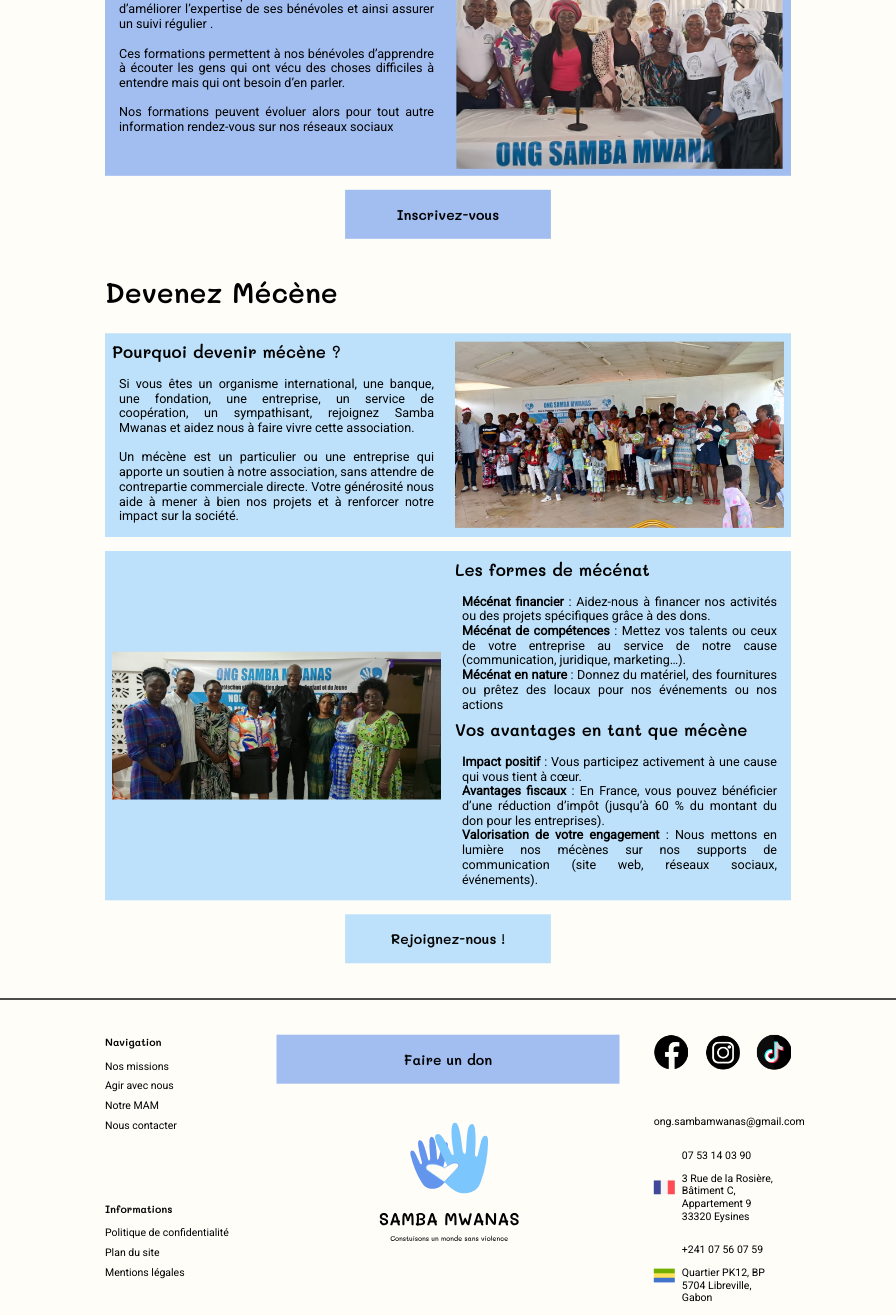
Repository: Danie-lDasilva/Samba-Mwanas
Page: Agir avec nous.html
An editor plug-in stored every save of this project. The page is shown before and after the next save, followed by the edit.
The browser window is 1280 px wide. The pictures show the part of the page from y = 1893 to 3813 px (the page is 3771 px tall before and 3813 px after), at 70% of full size.

Above is the page before, as saved 2025-03-07 10:25:47.

### Agir avec nous.html
<!DOCTYPE html>
<html lang="fr">
<head>
    <meta charset="UTF-8">
    <meta name="viewport" content="width=device-width, initial-scale=1.0">
    <title>Agir avec nous</title>
    <link rel="preconnect" href="https://fonts.googleapis.com">
    <link rel="preconnect" href="https://fonts.gstatic.com" crossorigin>
    <link href="https://fonts.googleapis.com/css2?family=Mali:wght@600&family=Roboto:ital,wdth@0,75;1,75&display=swap" rel="stylesheet">

    <link rel="stylesheet" href="assets/css/Agir avec nous.css">
    <link rel="stylesheet" href="assets/css/style.css">
</head>
<body>
    <header>
        <nav>
            <ul>
                <li>
                    <a href="Nos missions.html">Nos missions</a>
                </li>
                <li>
                    <a href="Agir avec nous.html">Agir avec nous</a>
                </li>
                <li class="Logo">
                    <a href="index.html">
                        <img src="assets/img/Fichier 2.png" alt="Logo Samba Mwanas, retour à l'accueil">
                    </a>
                </li>
                <li>
                    <a href="Notre MAM.html">Notre MAM</a>
                </li>
                <li>
                    <a href="Nous contacter.html">Nous contacter</a>
                </li>
            </ul>
        </nav>
    </header>

    <main>
        <h1>
            Agir avec nous
        </h1>

        <section class="BoutonsForm">
            <div>
                <a href="#Benevole" class="Color1">Devenez bénévole</a>
            </div>

            <div>
                <a href="#Formation" class="Color2">Suivez notre formation</a>
            </div>

            <div>
                <a href="#Mécène" class="Color1">Devenez mécène</a>
            </div>
        </section>

        <div class="Bannière">
            <img src="assets/img/Mix photos.jpg" alt="">
        </div>

        <section>
            <h2 id="Benevole">
                Devenez bénévole
            </h2>

            <div class="Bloc">
                <div>
                    <h3>
                        Pourquoi devenir bénévole à Samba Mwanas?
                    </h3>
                    <p>
                        Avez-vous envie d’ aider les victimes de violences ? Vous vous sentez prêt à défendre une cause noble ? En tant qu’ancienne victime, vous ne voulez pas que d’autres enfants subissent des violences? Vous aimez les enfants et vous souhaitez les protéger ? <br>
                        Vous avez plusieurs raisons de rejoindre les bénévoles de Samba Mwanas. Vous êtes utiles et nous avons besoin de vous.
                    </p>
                </div>
                <div class="End">
                    <img src="assets/img/Equipe.jpg" alt="Photo de l'équipe de Samba Mwanas">
                </div>
            </div>

            <div class="Bloc">
                <div>
                    <img src="assets/img/Leçon Enfantss.jpg" alt="Photo d'enfants">
                </div>
                <div>
                    <h3>
                        Les missions bénévoles
                    </h3>
                    <p>
                        Selon vos disponibilités, devenez l’un des nôtres. Nous agissons dans la sensibilisation afin de prévenir sur les différentes formes de violences. Nous formons afin d’apporter des outils de lutte contre les violences. Nous organisons des séances d’écoute afin de libérer la parole et de déclencher un processus de guérison. <br>
                        <br>
                        Parmi toutes ces missions, il y en a forcément une qui vous correspond. À distance ou en local, vous êtes utile. <br>
                        Rejoignez notre communauté de bénévoles !!!!
                    </p>
                </div>
            </div>

            <div class="Rejoindre">
                <a href="">Rejoignez-nous !</a>
            </div>
        </section>

        <section>
            <h2 id="Formation">
                Suivez notre formation
            </h2>

            <div class="Bloc2">
                <div>
                    <h3>
                        Pourquoi suivre notre formation ?
                    </h3>
                    <p>
                        Samba Mwanas propose différentes formations afin d’améliorer l’expertise de ses bénévoles et ainsi assurer un suivi régulier . <br>
                        <br>
                        Ces formations permettent à nos bénévoles d’apprendre à écouter les gens qui ont vécu des choses difficiles à entendre mais qui ont besoin d’en parler. <br>
                        <br>
                        Nos formations peuvent évoluer alors pour tout autre information rendez-vous sur nos réseaux sociaux
                    </p>
                </div>
                <div class="End">
                    <img src="assets/img/Eglise.jpg" alt="Photo de l'équipe de Samba Mwanas à une formation à l'église">
                </div>
            </div>

            <div class="Inscrire">
                <a href="">Inscrivez-vous</a>
            </div>
        </section>

        <section>
            <h2 id="Mécène">
                Devenez Mécène
            </h2>

            <div class="Bloc3">
                <div>
                    <h3>
                        Pourquoi devenir mécène ?
                    </h3>
                    <p>
                        Si vous êtes un organisme international, une banque, une fondation, une entreprise, un service de coopération, un sympathisant, rejoignez Samba Mwanas et aidez nous à faire vivre cette association. <br>
                        <br>
                        Un mécène est un particulier ou une entreprise qui apporte un soutien à notre association, sans attendre de contrepartie commerciale directe. Votre générosité nous aide à mener à bien nos projets et à renforcer notre impact sur la société.

                    </p>
                </div>
                <div>
                    <img src="assets/img/IMG-20241223-WA0017.jpg" alt="Photo de l'équipe de Samba Mwanas avec des cadeaux">
                </div>
            </div>

            <div class="Bloc3">
                <div>
                    <img src="assets/img/IMG-20241113-WA0009.jpg" alt="Photo de l'équipe de Samba Mwanas">
                </div>
                <div>
                    <h3>
                        Les formes de mécénat
                    </h3>
                    <p>
                        <strong>Mécénat financier </strong>: Aidez-nous à financer nos activités ou des projets spécifiques grâce à des dons. <br>
                        <strong>Mécénat de compétences </strong>: Mettez vos talents ou ceux de votre entreprise au service de notre cause (communication, juridique, marketing…). <br>
                        <strong>Mécénat en nature </strong>: Donnez du matériel, des fournitures ou prêtez des locaux pour nos événements ou nos actions
                    </p>
                    <h3>
                        Vos avantages en tant que mécène
                    </h3>

                    <p>
                        <strong>Impact positif</strong> : Vous participez activement à une cause qui vous tient à cœur. <br>
                        <strong>Avantages fiscaux</strong> : En France, vous pouvez bénéficier d’une réduction d’impôt (jusqu’à 60 % du montant du don pour les entreprises). <br>
                        <strong>Valorisation de votre engagement</strong> : Nous mettons en lumière nos mécènes sur nos supports de communication (site web, réseaux sociaux, événements).
                    </p>
                </div>
            </div>

            <div class="Rejoindre">
                <a href="">Rejoignez-nous !</a>
            </div>
        </section>

        <div id="Don" class="Don">
            <a href="https://www.helloasso.com/associations/association-samba-mwanas/formulaires/1">FAIRE UN DON</a>
        </div>
    </main>

    <footer>
        <div class="Footer">

        <div class="FooterInfos">
            <div class="Lien">
                <p class="titre">
                    Navigation
                </p>

                <nav class="InfoMarge">
                    <ul>
                        <li>
                            <a href="Nos missions.html">Nos missions</a>
                        </li>

                        <li>
                            <a href="Agir avec nous.html">Agir avec nous</a>
                        </li>

                        <li>
                            <a href="Notre MAM.html">Notre MAM</a>
                        </li>

                        <li>
                            <a href="Nous contacter.html">Nous contacter</a>
                        </li>
                    </ul>
                </nav>
            </div>

            <div class="Lien">
                <p class="titre">
                    Informations
                </p>

                <nav>
                    <ul>
                        <li>
                            <a href="Politique de confidentialité.html">Politique de confidentialité</a>
                        </li>

                        <li>
                            <a href="Plan du site.html">Plan du site</a>
                        </li>

                        <li>
                            <a href="Mentions légales.html">Mentions légales</a>
                        </li>
                    </ul>
                </nav>
            </div>
        </div>

        <div class="FooterCentre">
            <div class="FooterDon">
                <a href="https://www.helloasso.com/associations/association-samba-mwanas/formulaires/1" target="_blank">Faire un don</a>
            </div>

            <a href="index.html" class="FooterLogo" target="_blank">
                <img src="assets/img/LOGO_Logo principal.svg" alt="Logo Samba Mwanas, Retour à l'acceuil">
            </a>
        </div>

        <div class="FooterInfos">
            <nav class="FooterRéseaux">
                <ul>
                    <li>
                        <a href="https://www.facebook.com/Sambamwanas?locale=fr_FR" target="_blank">
                            <img src="assets/img/facebook.png" alt="Logo facebook, Lien vers le facebook de Samba Mwanas">
                        </a>
                    </li>

                    <li>
                        <a href="https://www.instagram.com/ongsambamwanas/" target="_blank">
                            <img src="assets/img/instagram.png" alt="Logo instagram, Lien vers la page instagram de Samba Mwanas">
                        </a>
                    </li>

                    <li>
                        <a href="https://www.tiktok.com/@ong.samba.mwanas" target="_blank">
                            <img src="assets/img/tik-tok.png" alt="Logo tiktok, Lien vers la page Tiktok de Samba Mwanas">
                        </a>
                    </li>
                </ul>
            </nav>

            <p>
                ong.sambamwanas@gmail.com
            </p>


            <div class="FooterContact">
                <div>
                    <img src="assets/img/france.png" alt="Drapeau de France" class="FooterDrapeau">
                </div>

                <div>
                    <p>
                        07 53 14 03 90
                    </p>

                    <p>
                        3 Rue de la Rosière, <br>
                        Bâtiment C, Appartement 9 <br>
                        33320 Eysines
                    </p>
                </div>
            </div>

            <div class="FooterContact">
                <div>
                    <img src="assets/img/gabon.png" alt="Drapeau du gabon" class="FooterDrapeau">
                </div>

                <div>
                    <p>
                        +241 07 56 07 59
                    </p>

                    <p>
                        Quartier PK12, BP 5704 Libreville, <br>
                        Gabon

                    </p>
                </div>
            </div>
        </div>

    </div>
    </footer>
</body>
</html>

### assets/css/Agir avec nous.css
h1 {
    font-family: "Mali", cursive;
    font-weight: 600;
    font-style: normal;
    font-size: 55px;
    text-align: center;
    margin-bottom: 50px;
    margin-top: 50px;
}

main {
    padding-left: 150px;
    padding-right: 150px;
}

main p {
    font-family: "Roboto", sans-serif;
    font-optical-sizing: auto;
    font-weight: 400;
    font-size: 20px;
    font-style: normal;
    font-variation-settings: "wdth" 75;
    text-align: justify;
}

.BoutonsForm {
    display: flex;
    justify-content: space-between;
    padding-left: 20px;
    padding-right: 20px;
}

.BoutonsForm div {
    width: 28%;
    height: 50px;
    margin-bottom: 40px;
}

.BoutonsForm a {
    width: 100%;
    height: 100%;
    display: flex;
    justify-content: center;
    align-items: center;
    font-family: "Mali", cursive;
    font-weight: 600;
    font-style: normal;
}

.BoutonsForm a:hover {
    background-color: #163d59;
    color: white;
    box-shadow: 0 5px 8px rgba(0, 0, 0, 0.4);
}

.Color1 {
    background-color: #BDE1FA;
}

.Color2 {
    background-color: #A2BEF0;
}

.Bannière img {
    width: 100%;
    height: auto;
    object-fit: cover;
}

.Bannière {
    margin-bottom: 100px;
}

h2 {
    font-family: "Mali", cursive;
    font-weight: 600;
    font-style: normal;
    font-size: 40px;
}

h3 {
    font-family: "Mali", cursive;
    font-weight: 600;
    font-style: normal;
    font-size: 22px;
}

.Bloc, .Bloc2, .Bloc3 {
    display: flex;
    justify-content: space-between;
    align-items: stretch;
    margin-bottom: 20px;
}

.Bloc div, .Bloc2 div, .Bloc3 div {
    flex: 0.8;
    margin: 10px;
    display: flex;
    flex-direction: column;
    justify-content: center;
}

.Bloc img, .Bloc2 img, .Bloc3 img {
    width: 100%;
    max-height: 350px;
    object-fit: contain;
}

.Bloc p, .Bloc2 p, .Bloc3 p {
    font-family: "Roboto", sans-serif;
    font-optical-sizing: auto;
    font-weight: 400;
    font-size: 18px;
    font-style: normal;
    font-variation-settings: "wdth" 75;
    text-align: justify;
    margin: 0;
    padding: 10px;
}

.Bloc h3, .Bloc2 h3, .Bloc3 h3 {
    font-family: "Mali", cursive;
    font-weight: 600;
    font-size: 24px;
    margin-bottom: 10px;
    margin-top: 0;
}

.Bloc, .Bloc3 {
    background-color: #BDE1FA;
}

.Bloc2 {
    background-color: #A2BEF0;
}

.End {
    display: flex;
    justify-content: flex-end;
    align-items: center;
}

.Rejoindre {
    display: flex;
    justify-content: center;
    align-items: center;
    height: 70px;
    width: 100%;
    margin-bottom: 50px;
}

.Rejoindre a {
    font-family: "Mali", cursive;
    font-weight: 600;
    font-style: normal;
    justify-content: center;
    display: flex;
    align-items: center;
    height: 100%;
    width: 30%;
    background-color: #BDE1FA;
}

.Rejoindre a:hover {
    background-color: #163d59;
    color: white;
    box-shadow: 0 5px 8px rgba(0, 0, 0, 0.4);
}

.Inscrire {
    display: flex;
    justify-content: center;
    align-items: center;
    height: 70px;
    width: 100%;
    margin-bottom: 50px;
}

.Inscrire a {
    font-family: "Mali", cursive;
    font-weight: 600;
    font-style: normal;
    justify-content: center;
    display: flex;
    align-items: center;
    height: 100%;
    width: 30%;
    background-color: #A2BEF0;
}

.Inscrire a:hover {
    background-color: #163d59;
    color: white;
    box-shadow: 0 5px 8px rgba(0, 0, 0, 0.4);
}

/* Responsive */
@media (max-width: 768px) {
    h1 {
        font-size: 40px;
        margin-bottom: 30px;
        margin-top: 30px;
    }

    main {
        padding-left: 20px;
        padding-right: 20px;
    }

    main p {
        font-size: 18px;
    }

    .BoutonsForm {
        flex-direction: column;
        align-items: center;
        padding-left: 0;
        padding-right: 0;
    }

    .BoutonsForm div {
        width: 100%;
        margin-bottom: 20px;
    }

    .BoutonsForm a {
        font-size: 16px;
    }

    .Bannière img {
        height: auto;
    }

    h2 {
        font-size: 30px;
    }

    h3 {
        font-size: 20px;
    }

    .Bloc, .Bloc2, .Bloc3 {
        flex-direction: column;
        align-items: center;
    }

    .Bloc div, .Bloc2 div, .Bloc3 div {
        width: 100%;
        margin: 10px 0;
    }

    .Bloc img, .Bloc2 img, .Bloc3 img {
        width: 100%;
        max-height: 400px;
        object-fit: cover;
    }

    .End {
        justify-content: center;
    }

    .Rejoindre a, .Inscrire a {
        width: 80%;
    }
}

Loaded but not shown: assets/css/style.css (782 lines, source omitted)

After the next save:
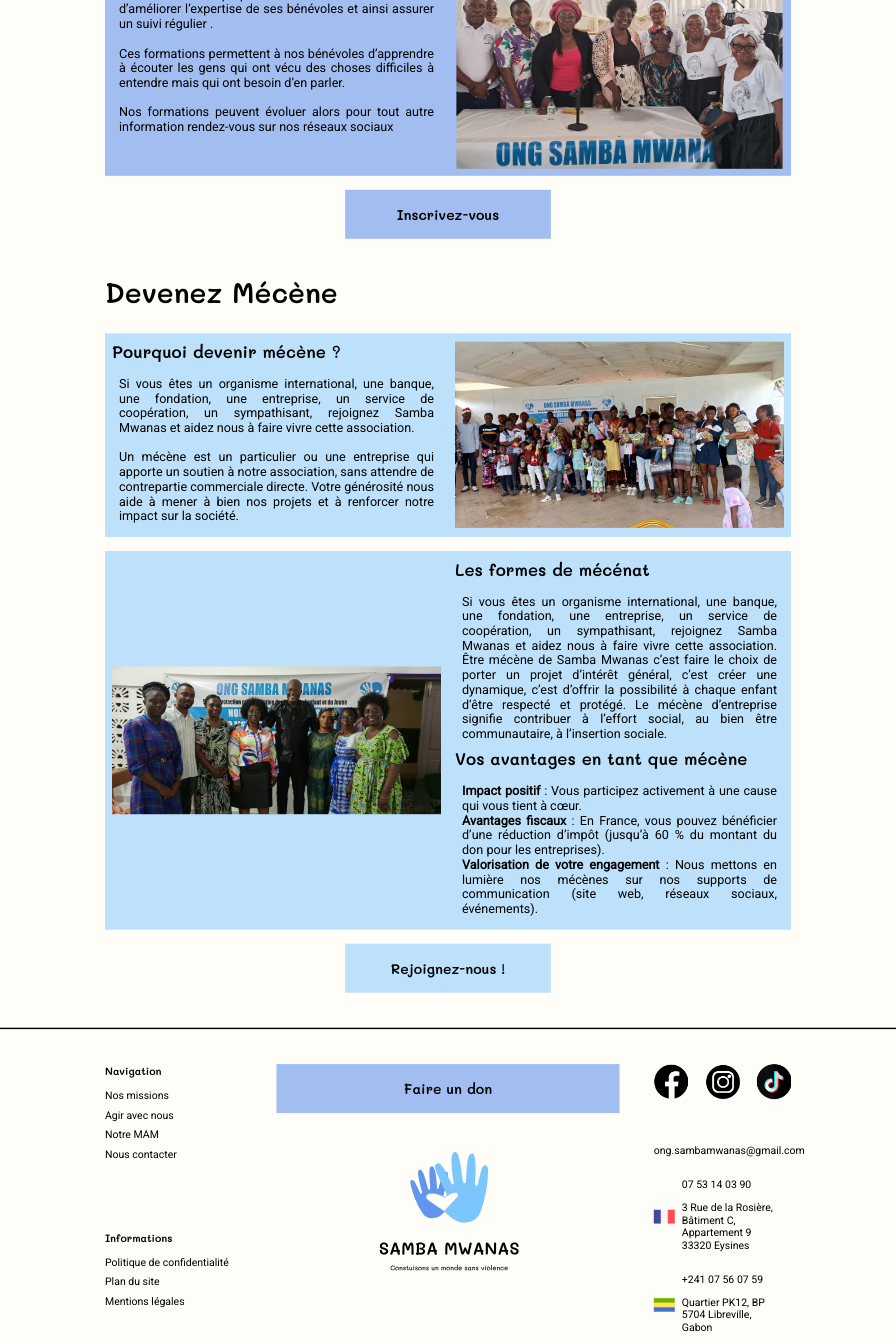
Saved 2 min 30 s later.
--- a/Agir avec nous.html
+++ b/Agir avec nous.html
@@ -160,9 +160,10 @@
                         Les formes de mécénat
                     </h3>
                     <p>
-                        <strong>Mécénat financier </strong>: Aidez-nous à financer nos activités ou des projets spécifiques grâce à des dons. <br>
-                        <strong>Mécénat de compétences </strong>: Mettez vos talents ou ceux de votre entreprise au service de notre cause (communication, juridique, marketing…). <br>
-                        <strong>Mécénat en nature </strong>: Donnez du matériel, des fournitures ou prêtez des locaux pour nos événements ou nos actions
+                        Si vous êtes un organisme international, une banque, une fondation, une entreprise, un service de coopération, un sympathisant, rejoignez Samba Mwanas et aidez nous à faire vivre cette association.
+
+Être mécène de Samba Mwanas c’est faire le choix de porter un projet d’intérêt général, c’est créer une dynamique, c’est d’offrir la possibilité à chaque enfant d’être respecté et protégé. Le mécène d’entreprise signifie contribuer à l’effort social, au bien être communautaire, à l’insertion sociale.
+
                     </p>
                     <h3>
                         Vos avantages en tant que mécène
